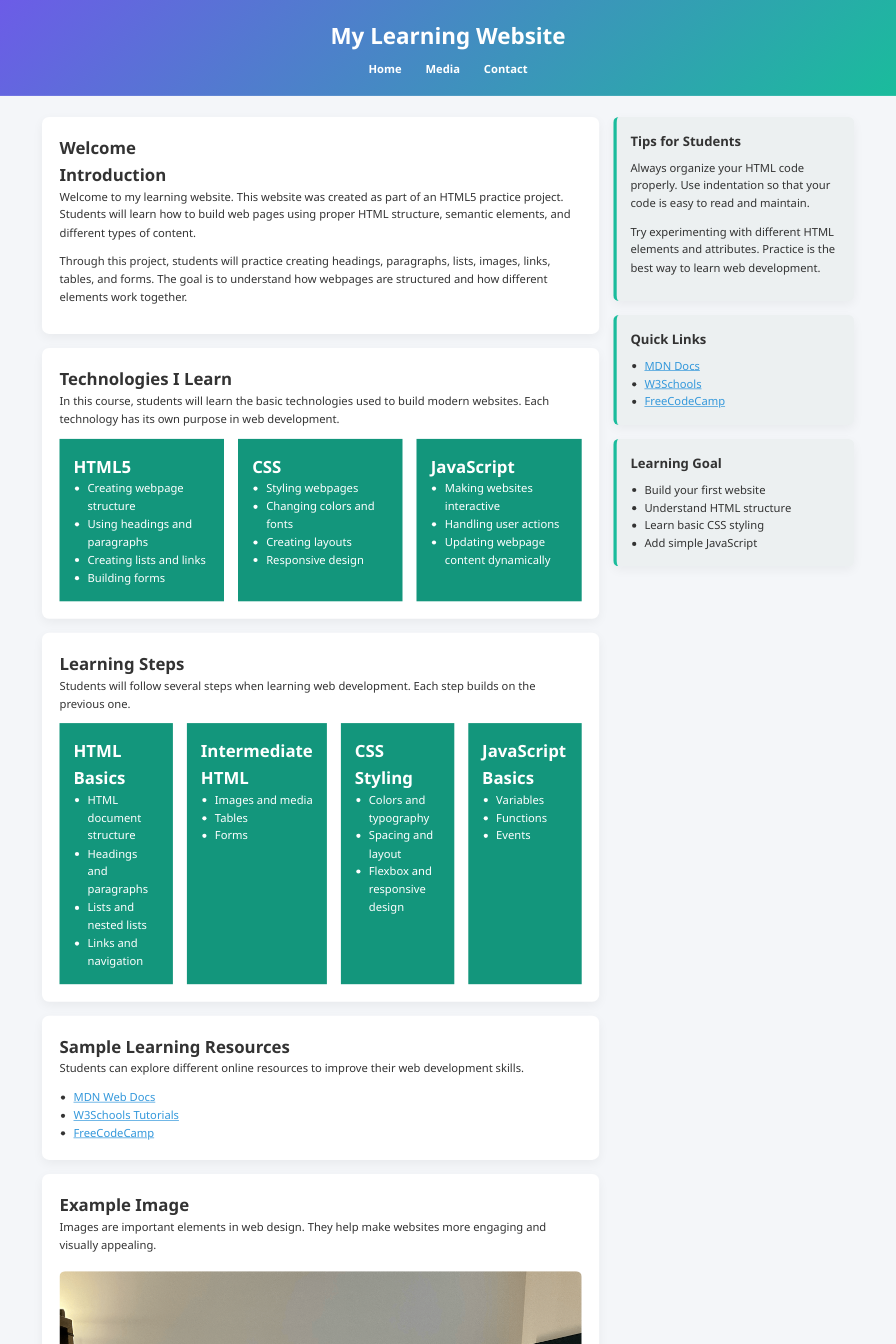
Repository: Than-sothearak/web_client_programing
Page: Week_03/index.html
The author's editor kept a copy of each file at every save. The page is drawn from the files as they stood at one save, then again after the next save.
The browser window is 1280 px wide. The pictures show the part of the page from y = 0 to 1920 px (the page is 2880 px tall before and 2562 px after), at 70% of full size.

Above is the page before, as saved 2026-03-24 22:29:34.

### Week_03/index.html
<!doctype html>
<html lang="en">
  <head>
    <meta charset="UTF-8">
    <meta name="viewport" content="width=device-width, initial-scale=1.0">
    <title>Week 3</title>
    <link rel="stylesheet" href="styles.css">
  </head>
  <body>
    <header>
      <h1>My Learning Website</h1>

      <nav>
        <ul>
          <li><a href="index.html">Home</a></li>
          <li><a href="gallery.html">Media</a></li>
          <li><a href="contact.html">Contact</a></li>
        </ul>
      </nav>
    </header>

    <main>
      <div class="container">
        <section>
          <h2>Welcome</h2>

          <article>
            <h2>Introduction</h2>
            <p>
              Welcome to my learning website. This website was created as part
              of an HTML5 practice project. Students will learn how to build web
              pages using proper HTML structure, semantic elements, and
              different types of content.
            </p>

            <p>
              Through this project, students will practice creating headings,
              paragraphs, lists, images, links, tables, and forms. The goal is
              to understand how webpages are structured and how different
              elements work together.
            </p>
          </article>
        </section>

        <section>
          <h2>Technologies I Learn</h2>

          <p>
            In this course, students will learn the basic technologies used to
            build modern websites. Each technology has its own purpose in web
            development.
          </p>

          <ul class="card-container">
            <li class="card">
              <h2>HTML5</h2>
              <ul>
                <li>Creating webpage structure</li>
                <li>Using headings and paragraphs</li>
                <li>Creating lists and links</li>
                <li>Building forms</li>
              </ul>
            </li>

            <li class="card">
              <h2>CSS</h2>
              <ul>
                <li>Styling webpages</li>
                <li>Changing colors and fonts</li>
                <li>Creating layouts</li>
                <li>Responsive design</li>
              </ul>
            </li>

            <li class="card">
              <h2>JavaScript</h2>
              <ul>
                <li>Making websites interactive</li>
                <li>Handling user actions</li>
                <li>Updating webpage content dynamically</li>
              </ul>
            </li>
          </ul>
        </section>

        <section>
          <h2>Learning Steps</h2>

          <p>
            Students will follow several steps when learning web development.
            Each step builds on the previous one.
          </p>

          <ol class="card-container">
            <li class="card">
              <h2>HTML Basics</h2>
              <ul>
                <li>HTML document structure</li>
                <li>Headings and paragraphs</li>
                <li>Lists and nested lists</li>
                <li>Links and navigation</li>
              </ul>
            </li>

            <li class="card">
              <h2>Intermediate HTML</h2>
              <ul>
                <li>Images and media</li>
                <li>Tables</li>
                <li>Forms</li>
              </ul>
            </li>

            <li class="card">
              <h2>CSS Styling</h2>
              <ul>
                <li>Colors and typography</li>
                <li>Spacing and layout</li>
                <li>Flexbox and responsive design</li>
              </ul>
            </li>

            <li class="card">
              <h2>JavaScript Basics</h2>
              <ul>
                <li>Variables</li>
                <li>Functions</li>
                <li>Events</li>
              </ul>
            </li>
          </ol>
        </section>

        <section>
          <h2>Sample Learning Resources</h2>

          <p>
            Students can explore different online resources to improve their web
            development skills.
          </p>

          <ul>
            <li>
              <a href="https://developer.mozilla.org" target="_blank">
                MDN Web Docs
              </a>
            </li>

            <li>
              <a href="https://www.w3schools.com" target="_blank">
                W3Schools Tutorials
              </a>
            </li>

            <li>
              <a href="https://www.freecodecamp.org" target="_blank">
                FreeCodeCamp
              </a>
            </li>
          </ul>
        </section>

        <section>
          <h2>Example Image</h2>

          <p>
            Images are important elements in web design. They help make websites
            more engaging and visually appealing.
          </p>

          <img src="../images/computer.png" alt="Computer setup" width="400">
        </section>

        <section>
          <h2>Example Table</h2>

          <p>
            Tables are useful for displaying structured information such as
            schedules, scores, or product lists.
          </p>

          <table>
            <tr>
              <th>Topic</th>
              <th>Description</th>
              <th>Difficulty</th>
            </tr>

            <tr>
              <td>HTML</td>
              <td>Structure of webpages</td>
              <td>Beginner</td>
            </tr>

            <tr>
              <td>CSS</td>
              <td>Styling webpages</td>
              <td>Beginner</td>
            </tr>

            <tr>
              <td>JavaScript</td>
              <td>Web interactivity</td>
              <td>Intermediate</td>
            </tr>
          </table>
        </section>
      </div>

      <aside>
        <section class="aside-card">
          <h3>Tips for Students</h3>

          <p>
            Always organize your HTML code properly. Use indentation so that
            your code is easy to read and maintain.
          </p>

          <p>
            Try experimenting with different HTML elements and attributes.
            Practice is the best way to learn web development.
          </p>
        </section>

        <section class="aside-card">
          <h3>Quick Links</h3>
          <ul>
            <li>
              <a href="https://developer.mozilla.org" target="_blank"
                >MDN Docs</a
              >
            </li>
            <li>
              <a href="https://www.w3schools.com" target="_blank">W3Schools</a>
            </li>
            <li>
              <a href="https://www.freecodecamp.org" target="_blank"
                >FreeCodeCamp</a
              >
            </li>
          </ul>
        </section>

        <section class="aside-card">
          <h3>Learning Goal</h3>
          <ul>
            <li>Build your first website</li>
            <li>Understand HTML structure</li>
            <li>Learn basic CSS styling</li>
            <li>Add simple JavaScript</li>
          </ul>
        </section>
      </aside>
    </main>
    <footer>
      <p>© 2026 Student Learning Website</p>
    </footer>
  </body>
</html>

### Week_03/styles.css
/* Reset basic spacing */

/* Reset */

* {
  margin: 0;
  padding: 0;
  box-sizing: border-box;
}

/* Body */

body {
  font-family: "Segoe UI", Arial, sans-serif;
  background: #f4f6f9;
  color: #333;
  line-height: 1.6;
}


/* Header */

header {
  background: linear-gradient(135deg, #6c5ce7, #1abc9c);
  color: white;
  padding: 25px 20px;
  text-align: center;
}

/* Navigation */

nav ul {
  list-style: none;
  margin-top: 10px;
}

nav ul li {
  display: inline-block;
  margin: 0 15px;
}

nav a {
  color: white;
  text-decoration: none;
  font-weight: 600;
  transition: 0.3s;
}

nav a:hover {
  color: #1abc9c;
}

/* Main container */

main {
  display: flex;
   max-width: 1200px;
   gap: 20px;
  margin: auto;
  padding: 30px 20px;
}

.container {
  display: flex;
  flex-direction: column;
  gap: 20px;
}


/* Section cards */

section {
  background: white;
  padding: 25px;
  border-radius: 10px;
  box-shadow: 0 5px 15px rgba(0, 0, 0, 0.05);
}

/* Headings */

h1 {
  font-size: 32px;
  margin-bottom: 10px;
}

h3 {
  margin-bottom: 10px;
}

/* Paragraph */

p {
  margin-bottom: 15px;
}

/* Lists */

.card-container {
  display: flex;
  gap: 20px;
  list-style: none;
}

.card-container li {
  margin-left: 0px;
}

.card {
  padding: 20px;
  color: white;
  width: 100%;
  background-color: #13967c;
}
.card li {
  margin-left: 20px;
}

li {
  margin-left: 20px;
  list-style: disc;
}

/* Links */

a {
  color: #3498db;
}

a:hover {
  text-decoration: underline;
}

/* Image styling */

img {
  width: 100%;
  height: auto;
  border-radius: 8px;
  margin-top: 10px;
}

/* Table */

table {
  width: 100%;
  border-collapse: collapse;
  margin-top: 10px;
}

th,
td {
  padding: 12px;
  text-align: left;
  border-bottom: 1px solid #ddd;
}

th {
  background: #1abc9c;
  color: white;
}

tr:hover {
  background: #f1f1f1;
}

/* Aside */

aside {
display: flex;
flex-direction: column;
gap: 20px;
}

.aside-card {
  background: #ecf0f1;
  padding: 20px;
  border-left: 5px solid #1abc9c;
  border-radius: 8px;

}


/* Footer */

footer {
  text-align: center;
  background: #1abc9c;
  color: white;
  padding: 15px;
  margin-top: 20px;
}

/* Responsive Design */

@media (max-width: 768px) {
  nav ul li {
    display: block;
    margin: 10px 0;
  }

  main {
    padding: 20px 15px;
  }

  h1 {
    font-size: 26px;
  }
}

.images-gallery {
  width: 100%;
  display: flex;
  flex-wrap: wrap;
  gap: 20px;
}

.images-gallery figure {
  flex: 1 1 calc(50% - 20px);
}

.images-gallery img {
  width: 100%;
  height: auto;
}

figcaption {
  margin-top: 8px;
  font-size: 14px;
  color: #555;
}

@media (max-width: 768px) {
  .images-gallery {
    flex-direction: column;
    align-items: center;
  }
}

After the next save:
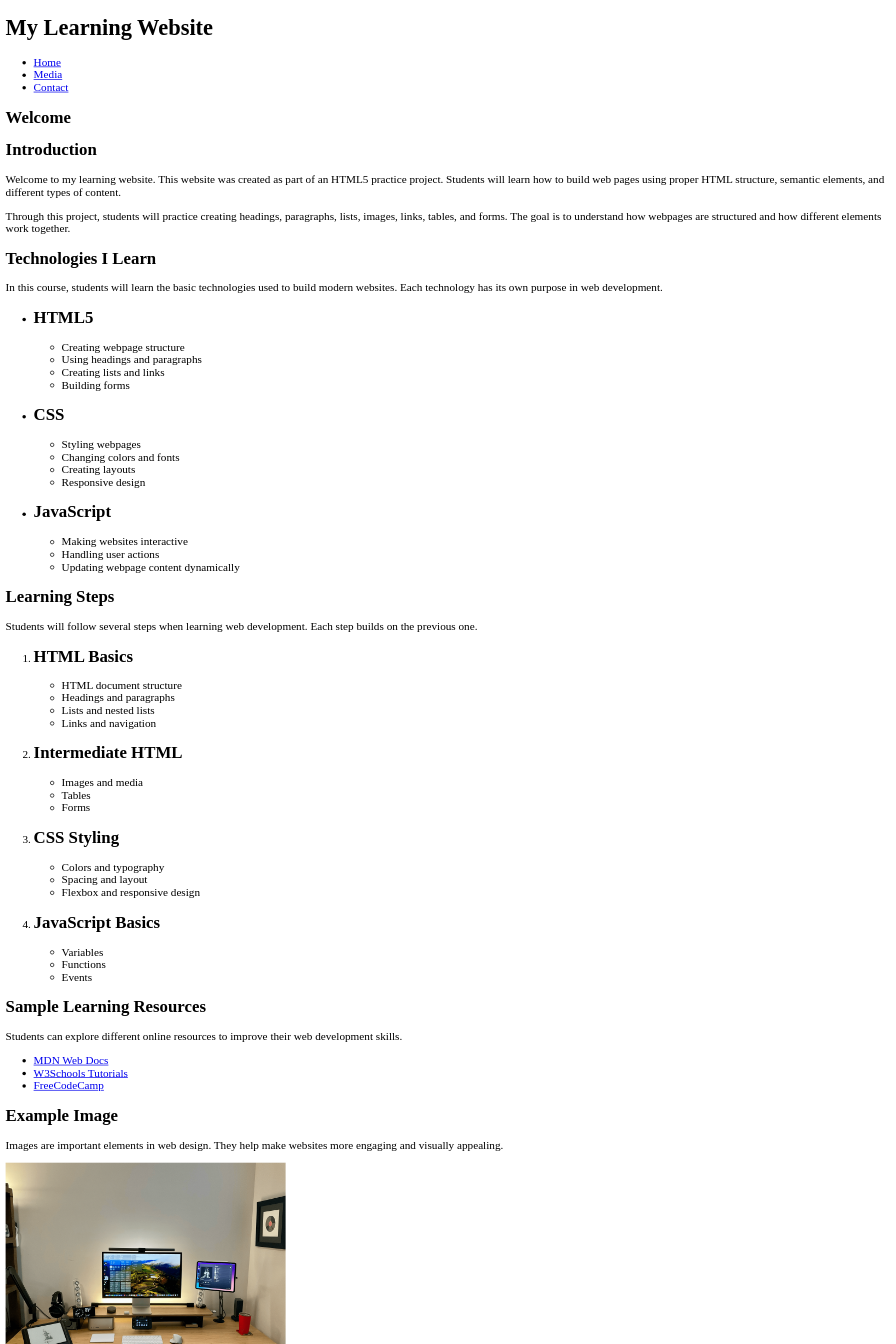
Saved 88 s later.
--- a/Week_03/index.html
+++ b/Week_03/index.html
@@ -4,7 +4,7 @@
     <meta charset="UTF-8">
     <meta name="viewport" content="width=device-width, initial-scale=1.0">
     <title>Week 3</title>
-    <link rel="stylesheet" href="styles.css">
+    <!-- <link rel="stylesheet" href="styles.css"> -->
   </head>
   <body>
     <header>

After the save that followed:
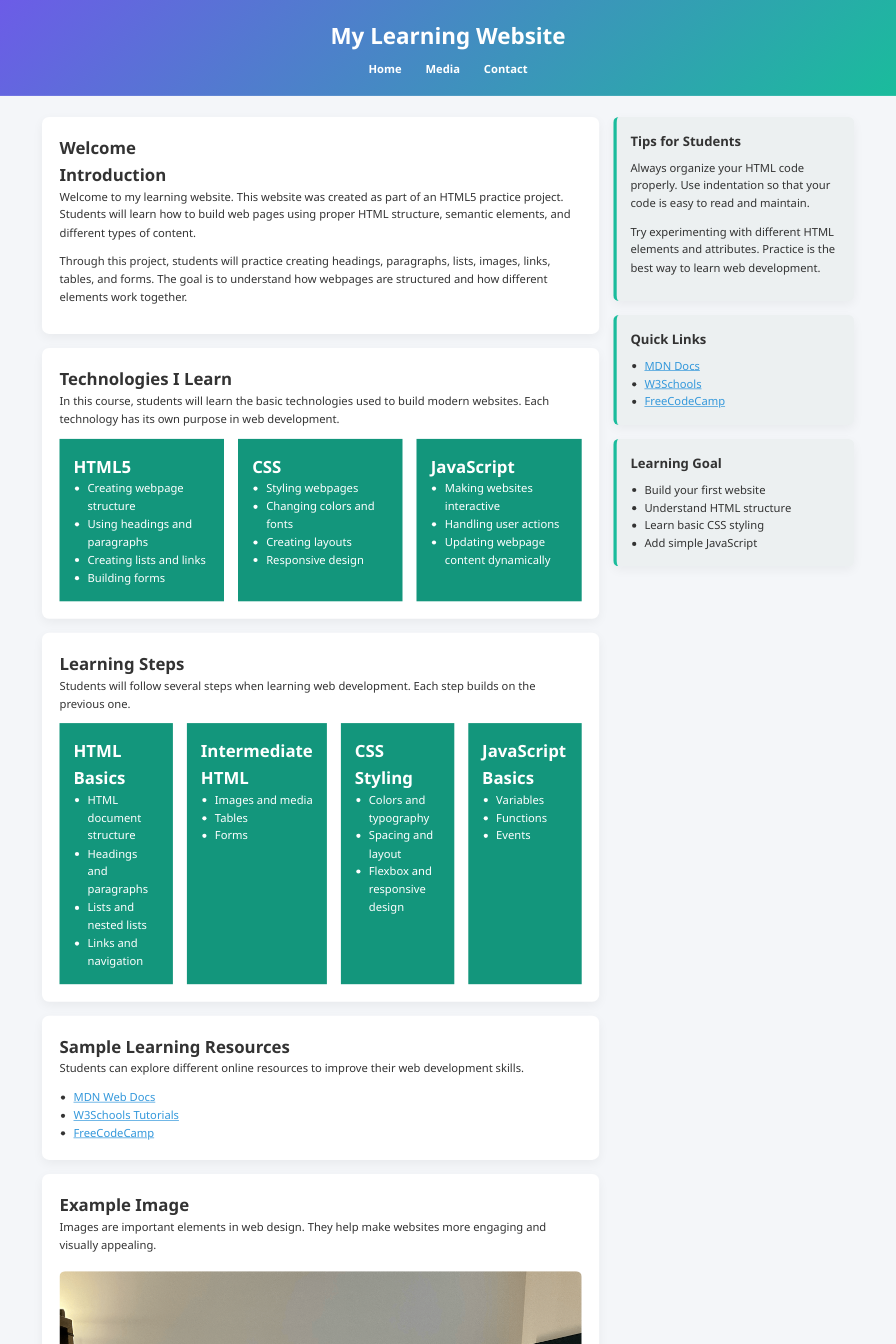
Saved 7 s later.
--- a/Week_03/index.html
+++ b/Week_03/index.html
@@ -4,7 +4,7 @@
     <meta charset="UTF-8">
     <meta name="viewport" content="width=device-width, initial-scale=1.0">
     <title>Week 3</title>
-    <!-- <link rel="stylesheet" href="styles.css"> -->
+    <link rel="stylesheet" href="styles.css">
   </head>
   <body>
     <header>
